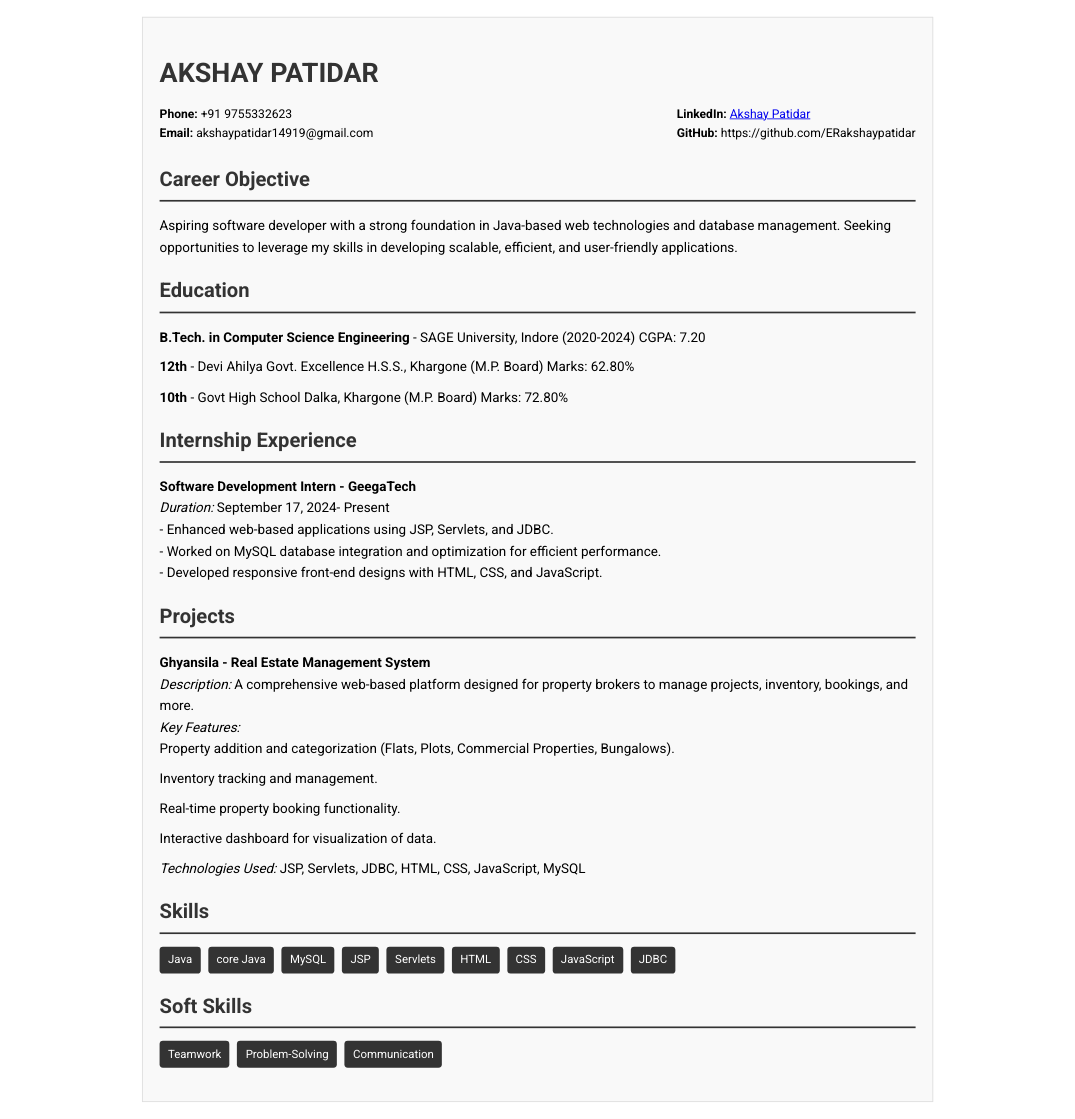
Repository: ERakshaypatidar/Gyanshieela
Page: akshayResume.html
An editor plug-in stored every save of this project. The page is shown before and after a run of saves, followed by the edit.
The browser window is 1280 px wide. The pictures show the whole page, at 84% of full size.

Above is the page before, as saved 2024-12-16 16:33:00.

After the next 7 saves:
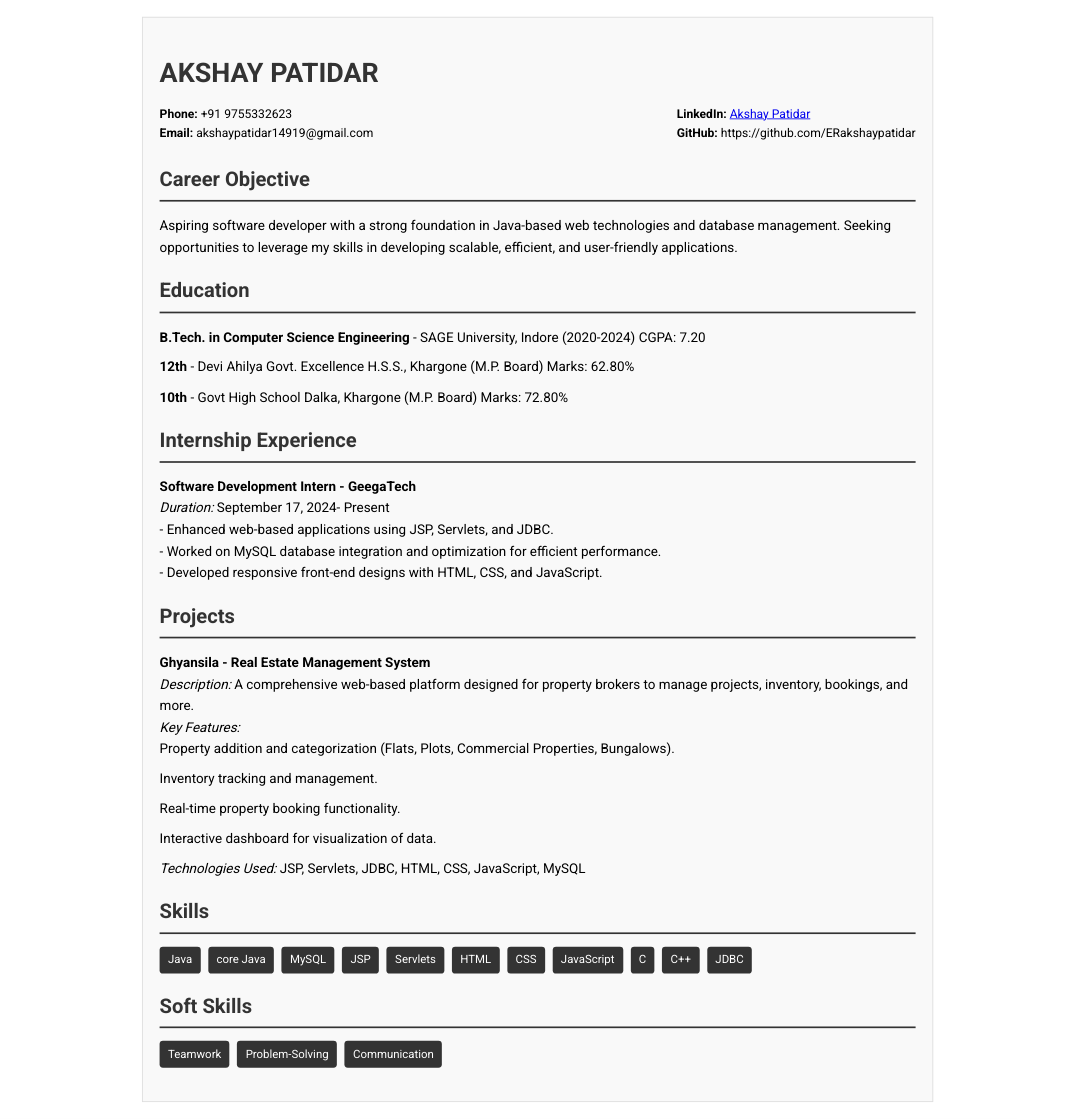
The 7 saves are shown as one change because they came seconds apart.
The last was saved 40 s later.
--- a/akshayResume.html
+++ b/akshayResume.html
@@ -170,6 +170,8 @@
         <span>CSS</span>
         <span>JavaScript</span>
 
+        <span>C</span>
+        <span>C++</span>
         <span>JDBC</span>
       </div>
     </div>
